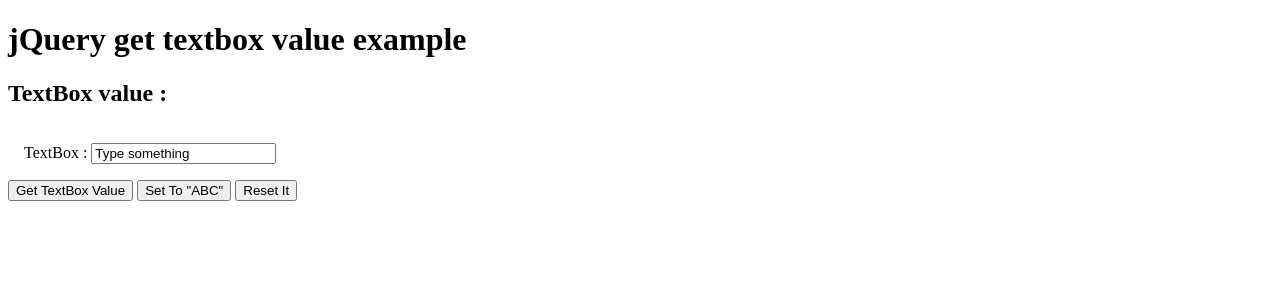
Repository: sudheerj/jQuery
Page: jQueryExamples/chapter06/GetTextboxValue.html
An editor plug-in stored every save of this project. The page is shown before and after the next save, followed by the edit.
The browser window is 1280 px wide. The pictures show the whole page.
After loading, the first visible `#Set` was clicked once.

Above is the page before, as saved 2016-10-21 17:36:09.
Console error (its wording comes from the project's code and is left out).

After the next save:
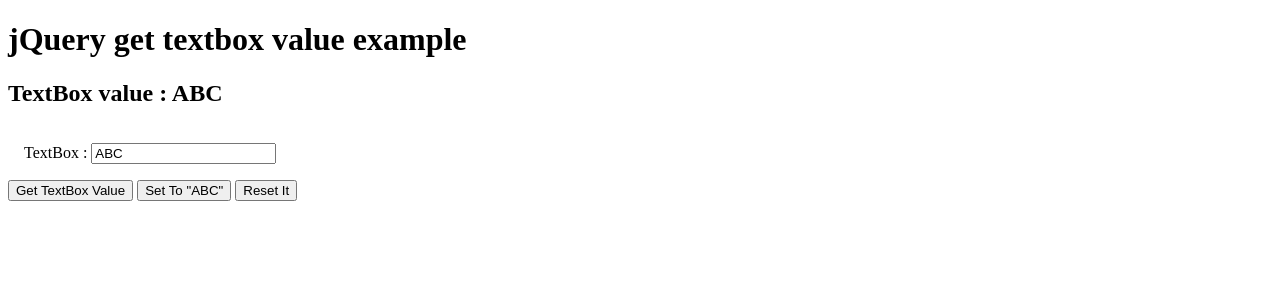
The error is gone.
Saved 32 s later.
--- a/jQueryExamples/chapter06/GetTextboxValue.html
+++ b/jQueryExamples/chapter06/GetTextboxValue.html
@@ -43,7 +43,7 @@
 
 			$("#Set").click(function() {
 
-				$('input:textbox').val("ABC");
+				$('input:text').val("ABC");
 				$('#msg').html($('input:text').val());
 
 			});
